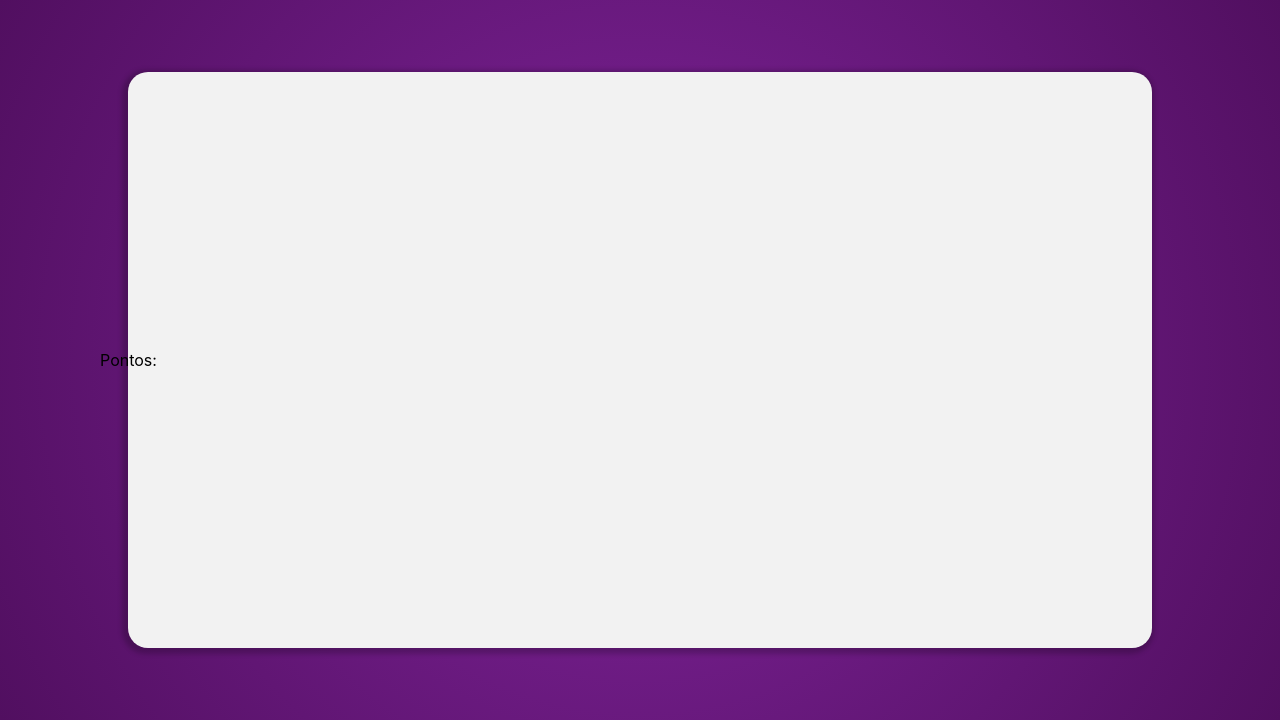
Repository: gabrielejandres/bd-final-project
Page: /play (app in frontend/)
These files come from the project's save history. The page is drawn as it stood at one moment and after the next save; the edit follows.
The browser window is 1280 px wide. The pictures show the whole page.
The project was rebuilt for these pictures with package versions that can differ from the ones it lists, and the page was loaded fresh each time. Also part of the build but not shown: frontend/src/App.css, frontend/src/components/Button/index.jsx, frontend/src/components/Logo/style.css, frontend/src/components/Logo/index.jsx, frontend/src/components/Footer/Login/index.jsx, frontend/src/pages/Login/index.jsx, frontend/src/components/Footer/Home/style.css, frontend/src/components/Footer/Home/index.jsx and 1 more.

Above is the page before, as saved 2022-03-05 21:24:37.

After the next save:
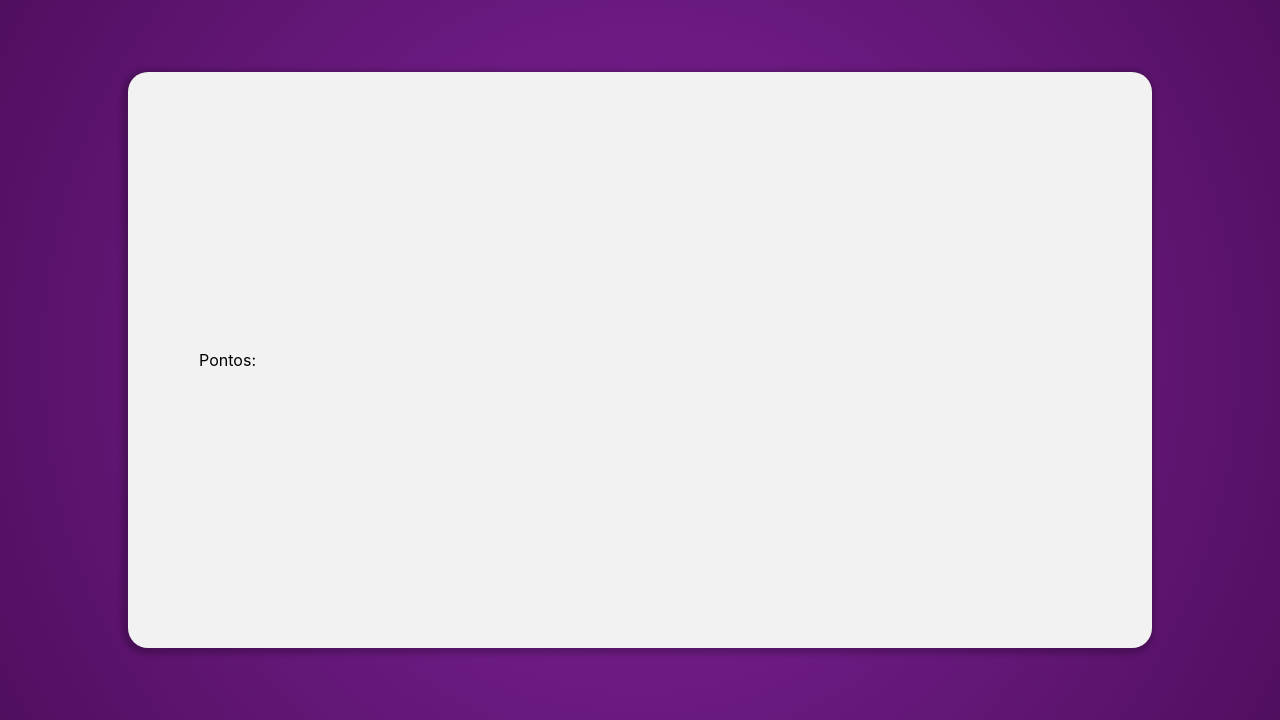
Saved 18 s later.
--- a/frontend/src/pages/Play/style.css
+++ b/frontend/src/pages/Play/style.css
@@ -12,5 +12,5 @@
 
 .score{
   position: absolute;
-  left: 100px
+  right: 80vw;
 }
